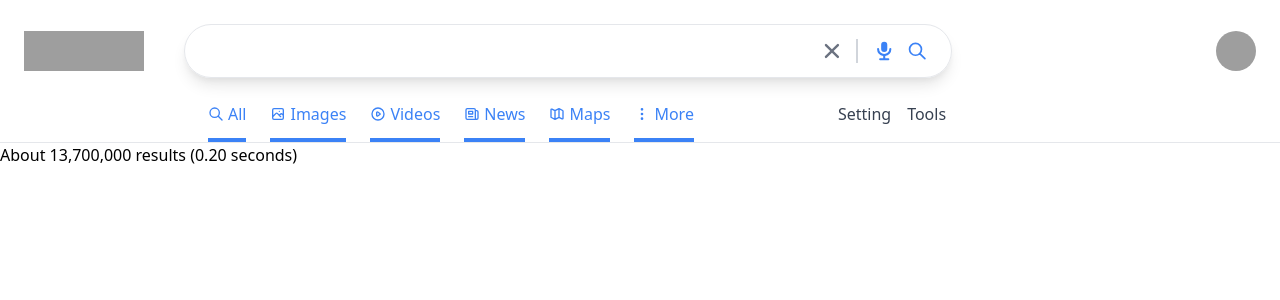
Repository: JuanOnly/google-clone
Page: /search
These files come from the project's save history. The page is drawn as it stood at one moment and after the next save; the edit follows.
The browser window is 1280 px wide. The pictures show the whole page.
Pictures or frames that could not be fetched are drawn as grey boxes. The project was rebuilt for these pictures with package versions that can differ from the ones it lists, and the page was loaded fresh each time. The framework's server and built-in components were replaced by stand-ins that run in the browser. Also part of the build but not shown: next.config.js, Response.js.

Above is the page before, as saved 2021-05-24 17:00:18.

After the next save:
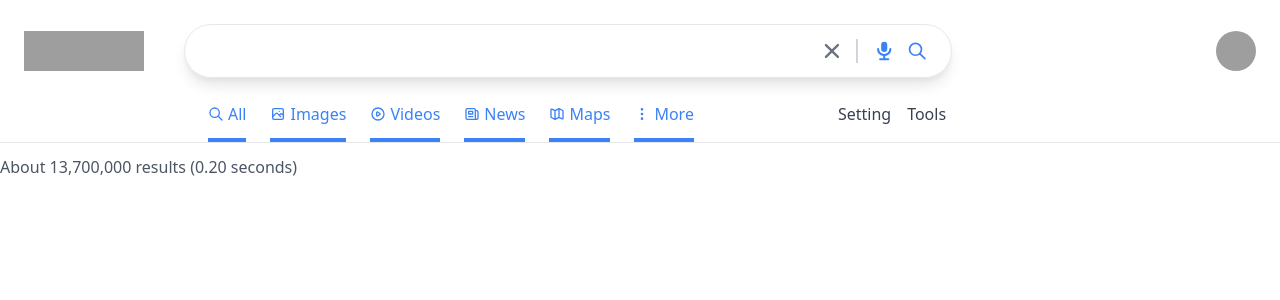
Saved 2 min 2 s later.
--- a/components/SearchResults.js
+++ b/components/SearchResults.js
@@ -1,7 +1,7 @@
 function SearchResults({ results }) {
   return (
     <div>
-      <p>
+      <p className="text-gray-600 text-base mb-5 mt-3">
         About {results.searchInformation?.formattedTotalResults} results (
         {results.searchInformation?.formattedSearchTime} seconds)
       </p>
